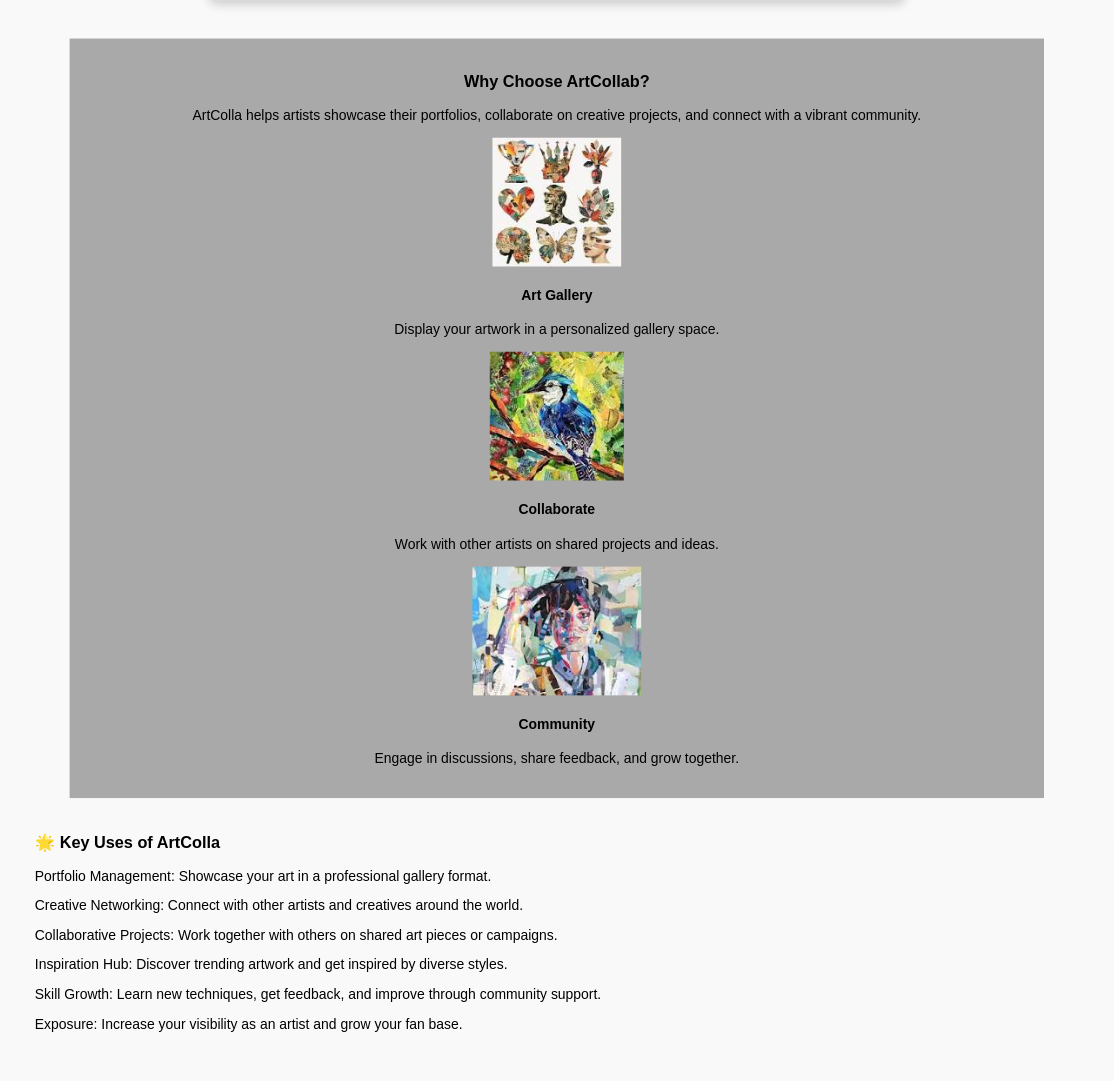
Repository: jeevanReddyP/ArtCollab_App
Page: index.html
An editor plug-in stored every save of this project. The page is shown before and after a run of saves, followed by the edit.
The browser window is 1280 px wide. The pictures show the part of the page from y = 498 to 1740 px (the page is 1740 px tall before and 1644 px after), at 87% of full size.

Above is the page before, as saved 2025-06-11 16:47:51.

### index.html
<!DOCTYPE html>
<html lang="en">
<head>
    <meta charset="UTF-8">
    <meta name="viewport" content="width=device-width, initial-scale=1.0">
    <title>Document</title>
    <link rel="stylesheet" href="index.css">
</head>
<body>
    <div id="navbar">
                 <h2>ArtColla</h2>
            <p>A platform for artists to connect and share their creativity</p>
            <div class="links">
            <a href="login.html">Log-In</a>
            <a href="signup.html">Sign-Up</a>
            </div>
    </div>
   <main id="home-page">
     <section class="intro-video">
  <h2>Discover ArtColla</h2>
  <iframe width="560" height="315"
          src="https://www.youtube.com/embed/BIj71N1tk-0"
          title="Discover ArtColla"
          frameborder="0"
          allow="accelerometer; autoplay; clipboard-write; encrypted-media; gyroscope; picture-in-picture; web-share"
          allowfullscreen>
  </iframe>
</section>
<section class="app-details">
<h3>Why Choose ArtCollab?</h3>
 <p>ArtColla helps artists showcase their portfolios, collaborate on creative projects, and connect with a vibrant community.</p>

  <div class="features">
      <div class="feature">
        <img src="data:[embedded picture, 9487 characters]" alt="Gallery Feature">
        <h4>Art Gallery</h4>
        <p>Display your artwork in a personalized gallery space.</p>
      </div>

      <div class="feature">
        <img src="data:[embedded picture, 12939 characters]" alt="Collaboration Feature">
        <h4>Collaborate</h4>
        <p>Work with other artists on shared projects and ideas.</p>
      </div>

      <div class="feature">
        <img src="data:[embedded picture, 12347 characters]" alt="Community Feature">
        <h4>Community</h4>
        <p>Engage in discussions, share feedback, and grow together.</p>
      </div>
    </div>
</section>
<section class="discription">
<p>
   <h3> 🌟 Key Uses of ArtColla</h3>
<p>Portfolio Management: Showcase your art in a professional gallery format.</p>
<p>Creative Networking: Connect with other artists and creatives around the world.</p>
<p>Collaborative Projects: Work together with others on shared art pieces or campaigns.</p>
<p>Inspiration Hub: Discover trending artwork and get inspired by diverse styles.</p>
<p>Skill Growth: Learn new techniques, get feedback, and improve through community support.</p>
<p>Exposure: Increase your visibility as an artist and grow your fan base.</p>
</section>
  </main>
</body>
</html>

### index.css
body{
  margin: 0%;
  font-family: sans-serif;
}
#navbar{
background-color:#222;
color: white;
display: flex;
padding: 20px;
justify-content: space-between;
align-items: center;
flex-wrap: wrap;
}
#navbar h2{
   margin: 0;
   font-size: 24px;
}
#navbar p{
    margin: 5px 0 0 0;
    font-size: 14px;
    color: #ccc;
}
.links a{
margin-left: 20px;
text-decoration: none;
color: white;
background-color: #444;
padding: 8px 12px;
border-radius: 4px;
transition: backgroun-color 0.3s;
}
.nav-links a:hover {
  background-color: #666;
}
#home-page{
    padding: 40px;
    background-color: #f9f9f9;
}
.intro-video {
  text-align: center;
  margin-bottom: 40px;
}
.intro-video h2 {
  font-size: 28px;
  margin-bottom: 20px;
}
.intro-video iframe {
  width: 90%;
  max-width: 800px;
  border-radius: 8px;
  box-shadow: 0 4px 12px rgba(0,0,0,0.2);
}

.app-details{
    text-align: center;
    margin: 40px;
    padding: 20px;
    background-color: darkgray;
}

After the next 3 saves:
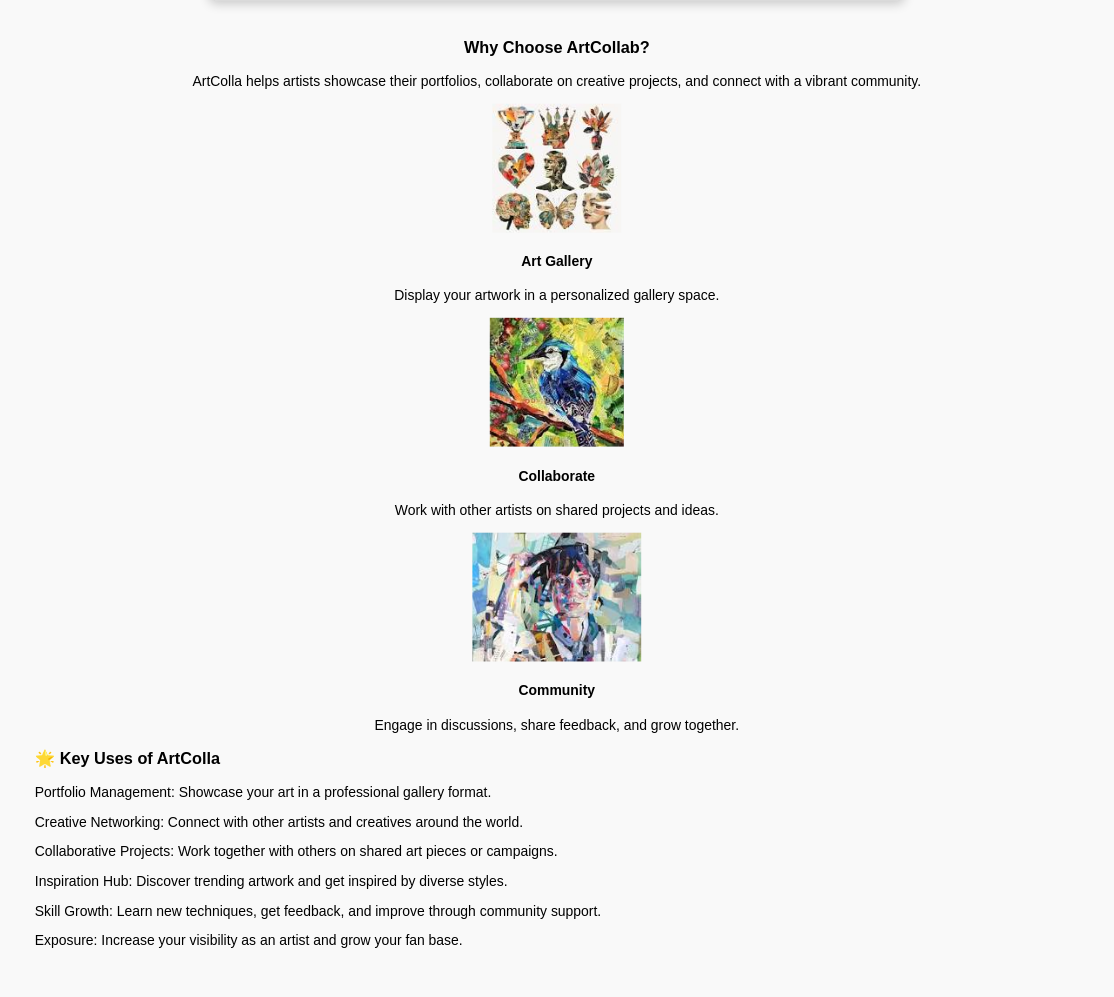
The 3 saves are shown as one change because they came seconds apart.
The last was saved 51 s later.
--- a/index.css
+++ b/index.css
@@ -53,7 +53,5 @@ transition: backgroun-color 0.3s;
 
 .app-details{
     text-align: center;
-    margin: 40px;
-    padding: 20px;
-    background-color: darkgray;
 }
+.app-details
